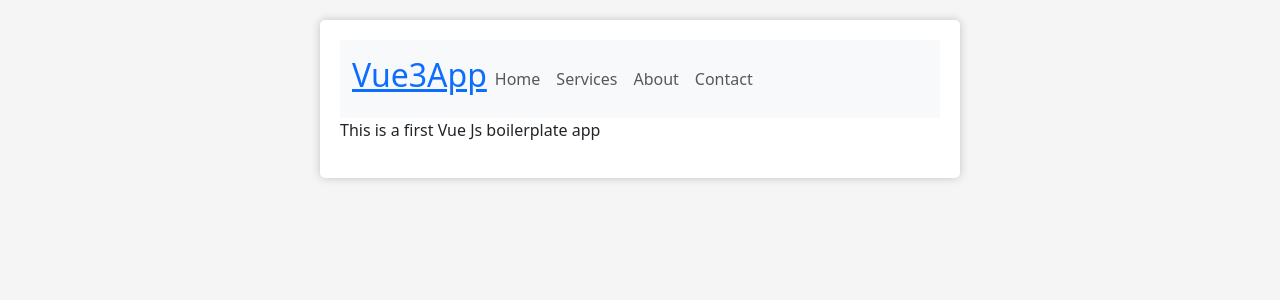
Repository: feyroozecode/intro-vue3-app
Page: index.html
The author's editor kept a copy of each file at every save. The page is drawn from the files as they stood at one save, then again after the next save.
The browser window is 1280 px wide. The pictures show the whole page.

Above is the page before, as saved 2023-08-14 09:09:36.

### index.html
<!DOCTYPE html>
<html lang="en">
<head>
    <meta charset="UTF-8">
    <meta name="viewport" content="width=device-width, initial-scale=1.0">
    <title>VueJs 3</title>
    <link href="https://cdn.jsdelivr.net/npm/bootstrap@5.3.1/dist/css/bootstrap.min.css" rel="stylesheet" />
    <script src="https://unpkg.com/vue@3/dist/vue.global.js"></script>
</head>

<style>
    body {
        background-color: #f5f5f5;
        margin: 10;
    }
    #app {
        background-color: #fff;
        border-radius: 5px;
        padding: 20px;
        margin: 20px auto;
        width: 50%;
        box-shadow: 0 0 10px rgba(0,0,0,0.2);
    }
</style>

<body>

    <div id="app">
        <nav class="navbar navbar-expand-lg navbar-light bg-light">
            <div class="container-fluid">
                <a href="#" class="navbar brand"> <h2> {{ title }} </h2> </a>
                <ul class="navbar-nav me-auto mb-2 mb-lg-0 ml-5">
                   <li v-for="link in links">
                        <a
                            class="nav-link"
                            aria-current="page"
                            :href="link.url"
                            title="This link go to the home page "
                        > {{ link.text }} </a>
                   </li>

                </ul>
            </div>
        </nav>

        <p> {{ message }} </p>

    </div>

    <script>
        const { createApp, ref } = Vue;

        const App = createApp({
            setup() {
                const title = ref('Hello World');
                return {
                    title: "Vue3App",
                    message: "This is a first Vue Js boilerplate app",
                    links : [
                        {text: 'Home', url: 'home.html'},
                        {text: 'Services', url: 'services.html' },
                        {text:  'About', url: 'about.html'},
                        {text: 'Contact', url: 'contact.html '}
                    ]
                }
            }

        });
        App.mount('#app');
    </script>

</body>


</html>

After the next save:
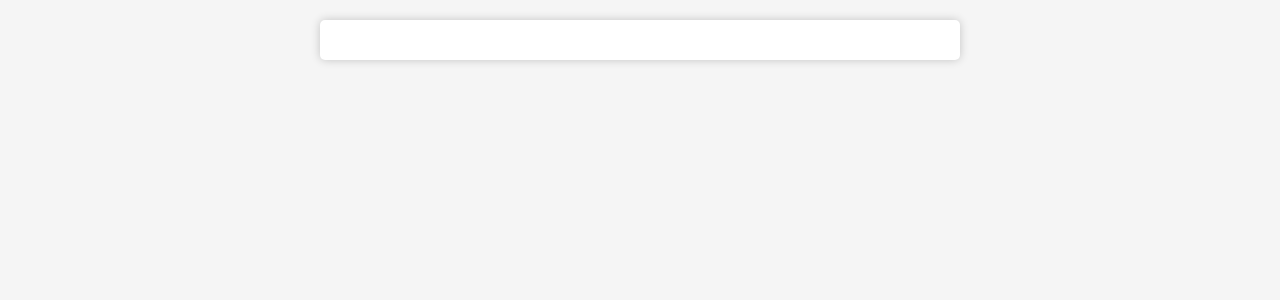
Console error: SyntaxError: Unexpected identifier 'link'
Saved 78 s later.
--- a/index.html
+++ b/index.html
@@ -35,7 +35,7 @@
                             class="nav-link"
                             aria-current="page"
                             :href="link.url"
-                            title="This link go to the home page "
+                            :title="This link go to the home page "
                         > {{ link.text }} </a>
                    </li>
 

After the 2 saves that followed:
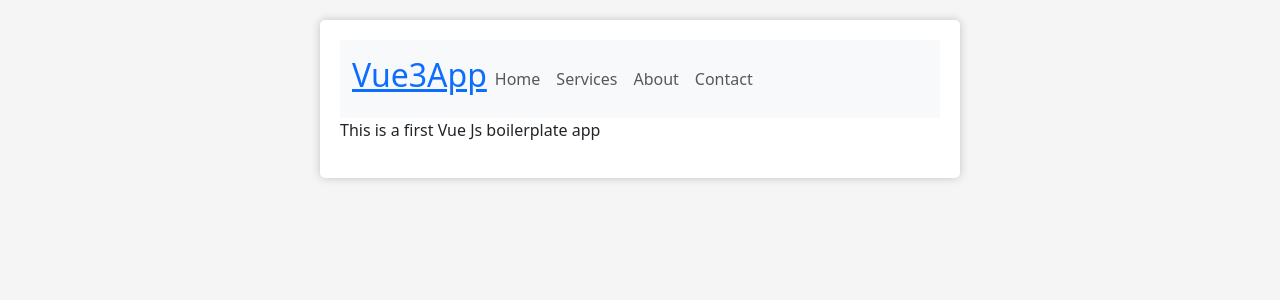
The error is gone.
The 2 saves are shown as one change because 1 left the picture as it was.
The last was saved 10 s later.
--- a/index.html
+++ b/index.html
@@ -35,7 +35,7 @@
                             class="nav-link"
                             aria-current="page"
                             :href="link.url"
-                            :title="This link go to the home page "
+                            :title="`This link go to the home page `"
                         > {{ link.text }} </a>
                    </li>
 
